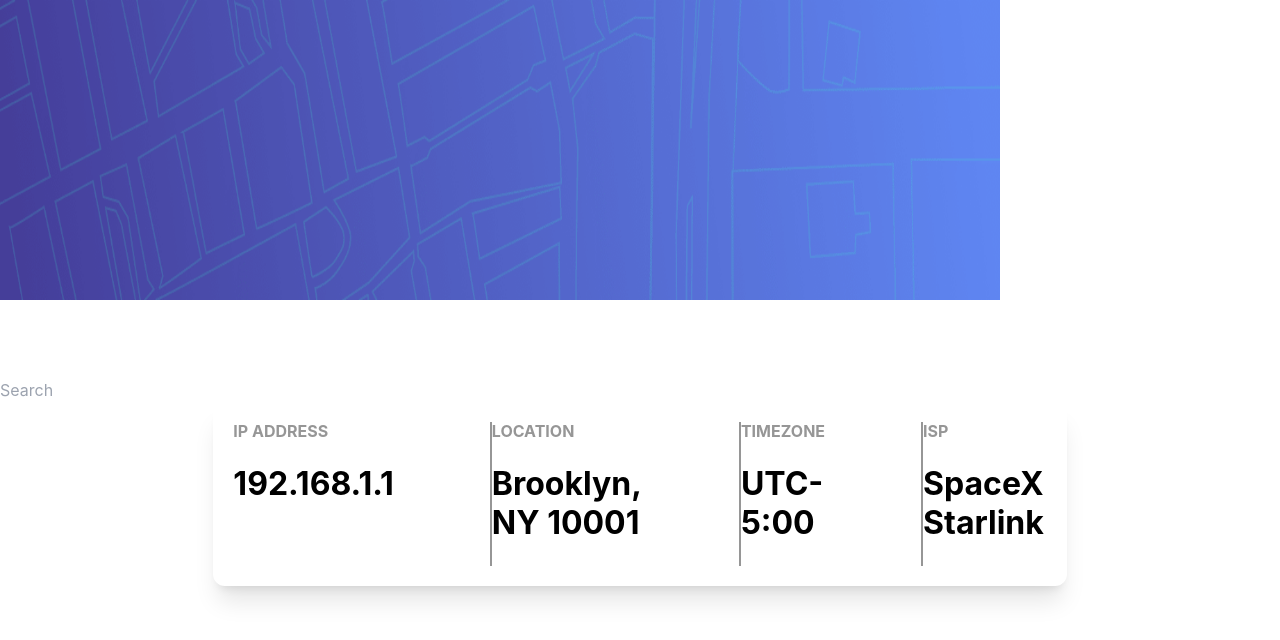
Repository: Dealsy/IP-Tracker
Page: /
The author's editor kept a copy of each file at every save. The page is drawn from the files as they stood at one save, then again after a run of saves.
The browser window is 1280 px wide. The pictures show the whole page.
The project was rebuilt for these pictures with package versions that can differ from the ones it lists, and the page was loaded fresh each time. The framework's server and built-in components were replaced by stand-ins that run in the browser. Also part of the build but not shown: next.config.js.

Above is the page before, as saved 2022-04-21 21:42:41.

### pages/index.js
import Head from "next/head";
import Image from "next/image";
import Backdrop from "../images/pattern-bg.png";

export default function Home() {
  return (
    <div>
      <Head>
        <title>Create Next App</title>
        <meta name="description" content="Generated by create next app" />
        <link rel="icon" href="/favicon.ico" />
      </Head>

      <main>
        <div>
          <Image
            src={Backdrop}
            alt="Picture of backdrop"
            width={1000}
            height={300}
          />

          <h1 className="text-white">IP Address Tracker</h1>
          <input type="search" placeholder="Search" />
        </div>
        <div className="flex flex-row justify-evenly border-0 shadow-xl w-4/6 m-auto rounded-xl p-5">
          <div className=" border-r-2 border-Gray pr-24">
            <h3>IP ADDRESS</h3>
            <h2> 192.168.1.1 </h2>
          </div>
          <div className=" border-r-2 border-Gray pr-24">
            <h3> LOCATION </h3>
            <h2> Brooklyn, NY 10001 </h2>
          </div>
          <div className=" border-r-2 border-Gray pr-24">
            <h3>TIMEZONE</h3>
            <h2> UTC-5:00 </h2>
          </div>
          <div>
            <h3>ISP</h3>
            <h2>SpaceX Starlink</h2>
          </div>
        </div>
      </main>

      <footer></footer>
    </div>
  );
}

### styles/globals.css
@tailwind base;
@tailwind components;
@tailwind utilities;


h1 {
  font-size: 2.5rem;
  font-weight: 700;
  line-height: 1.2;
  margin-bottom: 1.5rem;
}

h2 {
  font-size: 2rem;
  font-weight: 700;
  line-height: 1.2;
  margin-bottom: 1.5rem;
}

h3 {
  font-size: 1rem;
  font-weight: 700;
  line-height: 1.2;
  margin-bottom: 1.5rem;
  color: #969696;
}


html,
body {
  padding: 0;
  margin: 0;
  font-family: -apple-system, BlinkMacSystemFont, Segoe UI, Roboto, Oxygen,
    Ubuntu, Cantarell, Fira Sans, Droid Sans, Helvetica Neue, sans-serif;
}

a {
  color: inherit;
  text-decoration: none;
}

* {
  box-sizing: border-box;
}

### tailwind.config.js
module.exports = {
  content: [
    "./pages/**/*.{js,ts,jsx,tsx}",
    "./components/**/*.{js,ts,jsx,tsx}",
  ],
  theme: {
    extend: {
      colors: {
        "Dark-Gray": "#2b2b2b",
        Gray: "#969696",
      },
    },
  },
  plugins: [],
};

Loaded but not shown: pages/_app.js (common file)

After the next 2 saves:
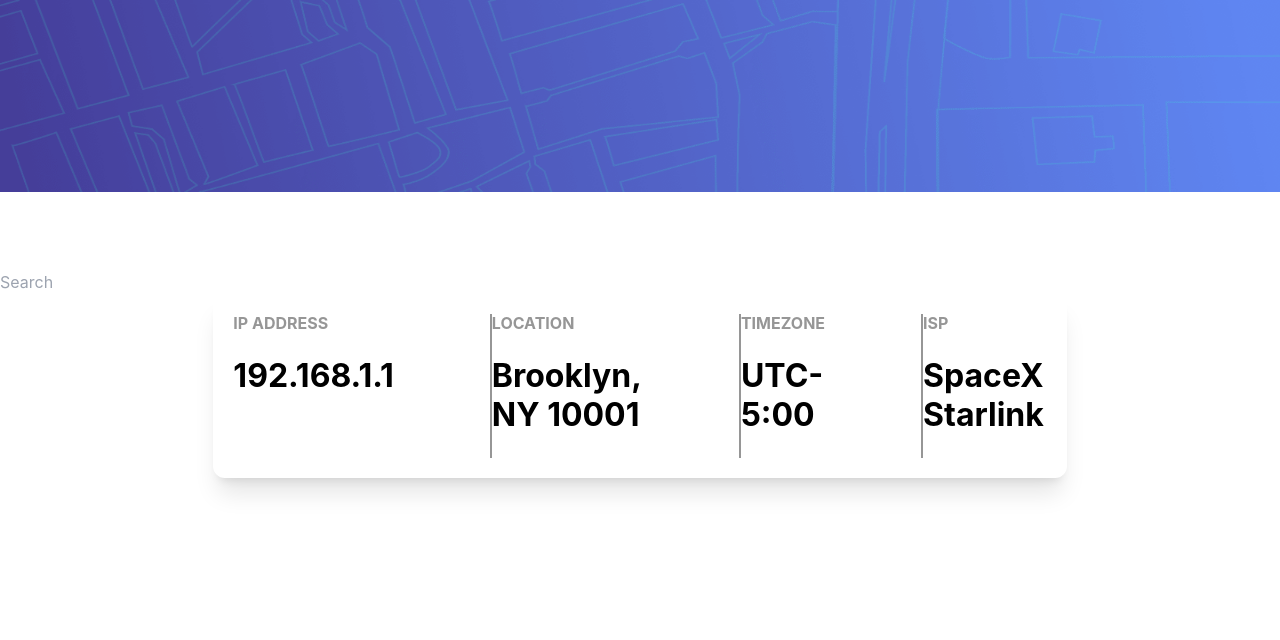
The 2 saves are shown as one change because they came seconds apart.
The last was saved 8 s later.
--- a/pages/index.js
+++ b/pages/index.js
@@ -16,7 +16,7 @@ export default function Home() {
           <Image
             src={Backdrop}
             alt="Picture of backdrop"
-            width={1000}
+            width={2000}
             height={300}
           />
 
